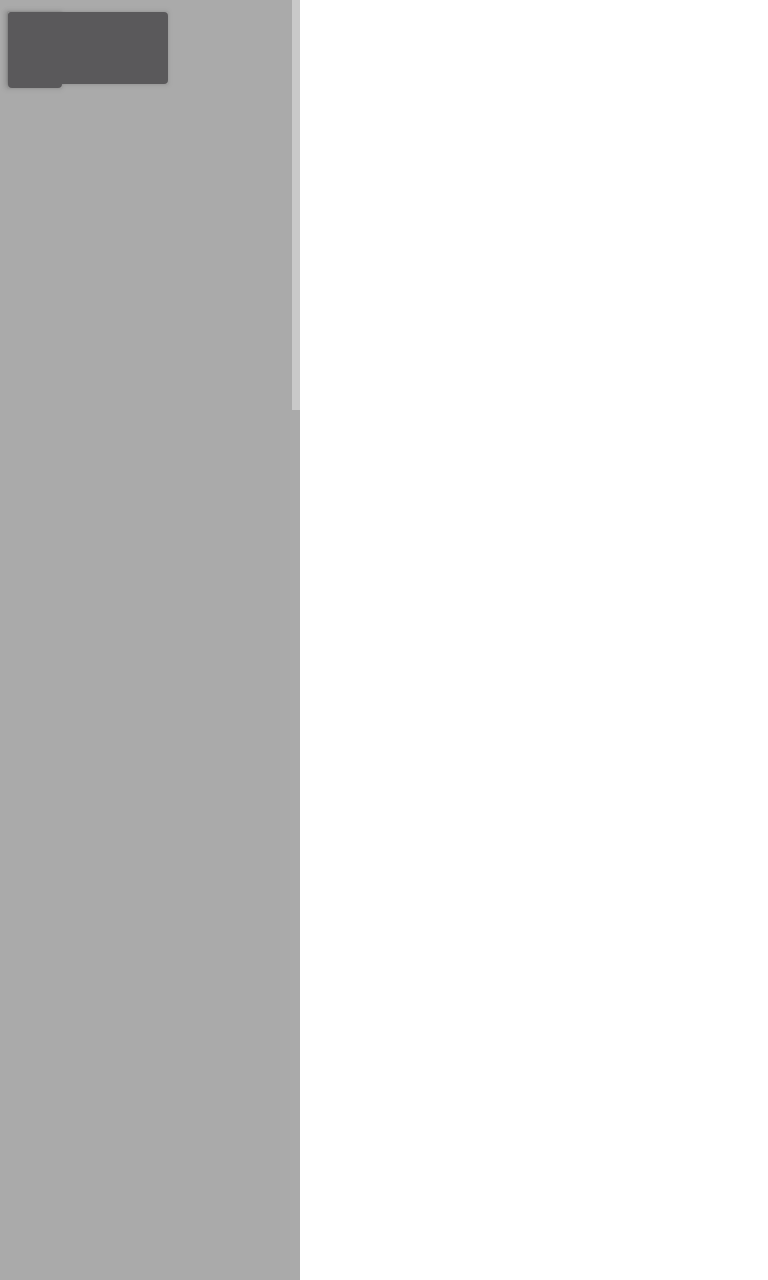
Repository: qfornaguera/AppQuelogy
Layout: AppQueology/res/layout/activity_main.xml
An editor plug-in stored every save of this project. The layout is shown before and after the next save, followed by the edit.
It is drawn on a 768 x 1280 px phone screen (xhdpi) without system bars, with theme Theme.AppCompat; the app's code is not run.

Above is the layout before, as saved 2014-05-27 18:45:24.

After the next save:
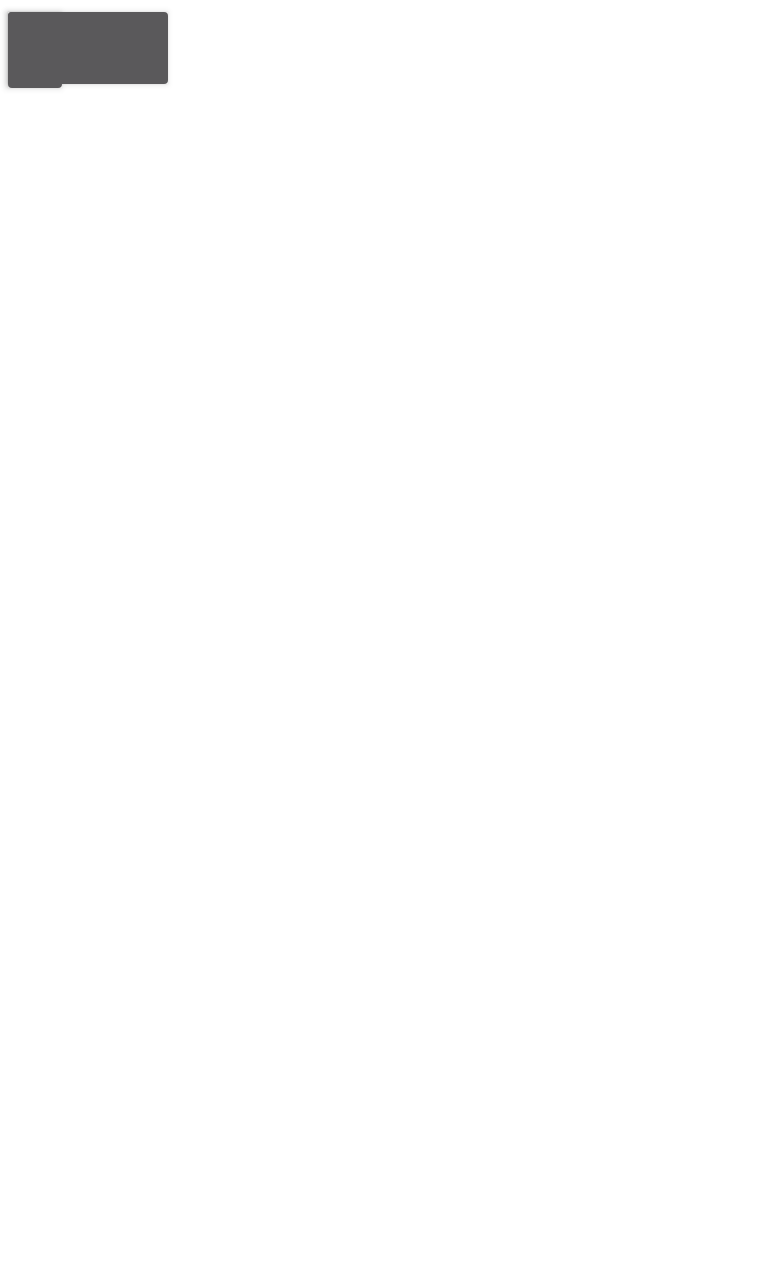
Saved 109 s later.
--- a/AppQueology/res/layout/activity_main.xml
+++ b/AppQueology/res/layout/activity_main.xml
@@ -45,11 +45,11 @@
 	        </LinearLayout>
 
     </SlidingDrawer> -->
-    <ScrollView
+    <RelativeLayout
         android:layout_width="150dp"
         android:layout_height="2000dp">
 
-	    <RelativeLayout
+	    <ScrollView
 	        android:layout_width="150dp"
 	        android:layout_height="2000dp">
 
@@ -62,9 +62,9 @@
 
 
 			 </LinearLayout>
+		</ScrollView>
+	 </RelativeLayout>
 
-	    </RelativeLayout>
-	</ScrollView>
 
     <Button
             android:id="@+id/handle"

After the save that followed:
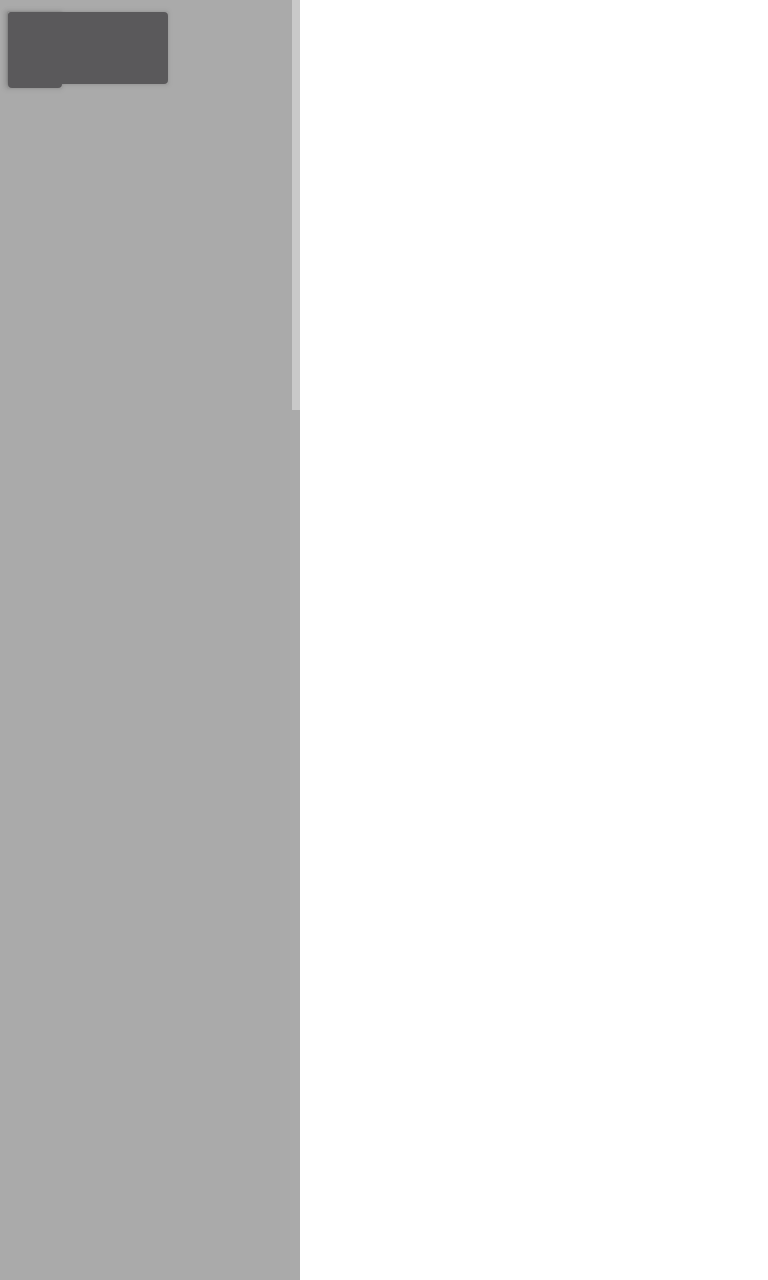
Saved 70 s later.
--- a/AppQueology/res/layout/activity_main.xml
+++ b/AppQueology/res/layout/activity_main.xml
@@ -45,11 +45,10 @@
 	        </LinearLayout>
 
     </SlidingDrawer> -->
-    <RelativeLayout
+    <ScrollView
         android:layout_width="150dp"
         android:layout_height="2000dp">
-
-	    <ScrollView
+	    <LinearLayout
 	        android:layout_width="150dp"
 	        android:layout_height="2000dp">
 
@@ -62,9 +61,9 @@
 
 
 			 </LinearLayout>
-		</ScrollView>
-	 </RelativeLayout>
 
+	    </LinearLayout>
+	</ScrollView>
 
     <Button
             android:id="@+id/handle"
